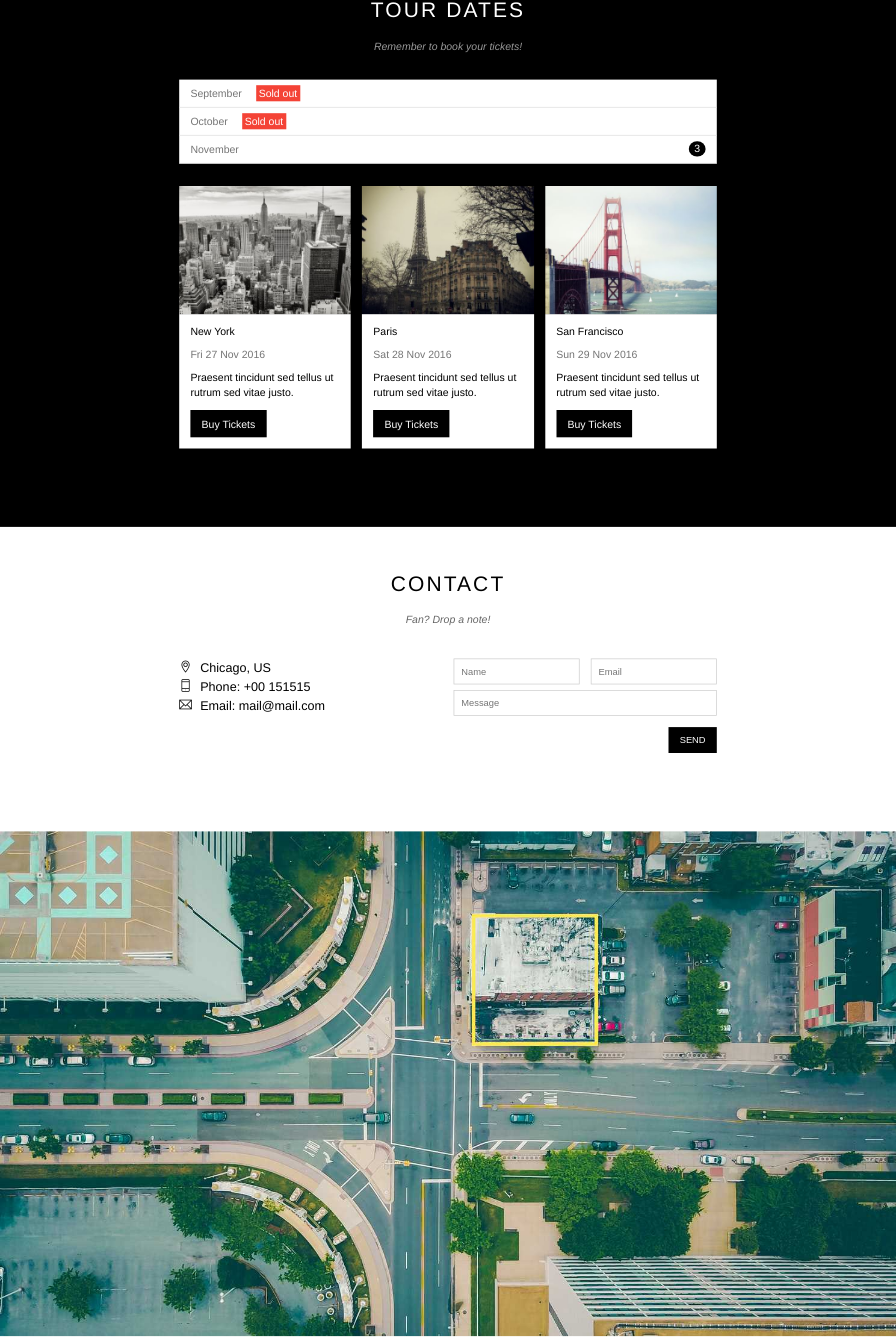
Repository: qhoa25623/The-Band
Page: index.html
An editor plug-in stored every save of this project. The page is shown before and after the next save, followed by the edit.
The browser window is 1280 px wide. The pictures show the part of the page from y = 1414 to 3334 px (the page is 3516 px tall before and 3500 px after), at 70% of full size.

Above is the page before, as saved 2022-05-06 23:26:36.

### index.html
<!DOCTYPE html>
<html lang="en">
  <head>
    <meta charset="UTF-8" />
    <meta http-equiv="X-UA-Compatible" content="IE=edge" />
    <meta name="viewport" content="width=device-width, initial-scale=1.0" />
    <title>The Band</title>
    <link rel="stylesheet" href="./assets/css/styles.css" />
    <link rel="stylesheet" href="./assets/css/responsive.css" />
    <link
      rel="stylesheet"
      href="./assets/fonts/themify-icons/themify-icons.css"
    />
  </head>
  <body>
    <div id="main">
      <div id="header">
        <ul id="nav">
          <li><a href="#">Home</a></li>
          <li><a href="#band">Band</a></li>
          <li><a href="#tour">Tour</a></li>
          <li><a href="#contact">Contact</a></li>
          <li>
            <a href="#">
              More
              <i class="nav-arrow-down ti-angle-down"></i>
            </a>
            <ul class="subnav">
              <li><a href="#">Merchandise</a></li>
              <li><a href="#">Extras</a></li>
              <li><a href="#">Media</a></li>
            </ul>
          </li>
        </ul>
        <div class="search-btn">
          <i class="search-icon ti-search"></i>
        </div>

        <div id="mobile-menu" class="mobile-menu-btn">
          <i class="menu-icon ti-menu"></i>
        </div>
      </div>
      <div id="slider">
        <div class="text-content">
          <h2 class="text-heading">Chicago</h2>
          <div class="text-description">
            Thank you, Chicago - A night we won't forget
          </div>
        </div>
      </div>
      <div id="content">
        <!-- About section-->
        <div id="band" class="content-section">
          <h2 class="section-heading">THE BAND</h2>
          <p class="section-sub-heading">We love music</p>
          <p class="about-text">
            We have created a fictional band website. Lorem ipsum dolor sit
            amet, consectetur adipiscing elit, sed do eiusmod tempor incididunt
            ut labore et dolore magna aliqua. Ut enim ad minim veniam, quis
            nostrud exercitation ullamco laboris nisi ut aliquip ex ea commodo
            consequat. Duis aute irure dolor in reprehenderit in voluptate velit
            esse cillum dolore eu fugiat nulla pariatur. Excepteur sint occaecat
            cupidatat non proident, sunt in culpa qui officia deserunt mollit
            anim id est laborum consectetur adipiscing elit, sed do eiusmod
            tempor incididunt ut labore et dolore magna aliqua. Ut enim ad minim
            veniam, quis nostrud exercitation ullamco laboris nisi ut aliquip ex
            ea commodo consequat.
          </p>
          <div class="row member-list">
            <div class="member-item col col-third text-center">
              <p class="member-name">Name</p>
              <img
                src="./assets/img/band/member1.jpg"
                alt="Name"
                class="member-img"
              />
            </div>
            <div class="member-item col col-third text-center">
              <p class="member-name">Name</p>
              <img
                src="./assets/img/band/member1.jpg"
                alt="Name"
                class="member-img"
              />
            </div>
            <div class="member-item col col-third text-center">
              <p class="member-name">Name</p>
              <img
                src="./assets/img/band/member1.jpg"
                alt="Name"
                class="member-img"
              />
            </div>
          </div>
        </div>

        <!-- Tour section-->
        <div id="tour" class="tour-section">
          <div class="content-section">
            <h2 class="section-heading text-white">TOUR DATES</h2>
            <p class="section-sub-heading text-white">
              Remember to book your tickets!
            </p>
            <ul class="tickets-list">
              <li>September <span class="sold-out">Sold out</span></li>
              <li>October <span class="sold-out">Sold out</span></li>
              <li>November <span class="quantity">3</span></li>
            </ul>
            <!-- Places-->
            <div class="row places-list">
              <div class="col col-third">
                <img
                  src="./assets/img/places/place1.jpg"
                  alt="New York"
                  class="place-img"
                />
                <div class="place-body">
                  <h3 class="place-heading">New York</h3>
                  <p class="place-time">Fri 27 Nov 2016</p>
                  <p class="place-desc">
                    Praesent tincidunt sed tellus ut rutrum sed vitae justo.
                  </p>
                  <a href="#" class="btn">Buy Tickets</a>
                </div>
              </div>

              <div class="col col-third">
                <img
                  src="./assets/img/places/place2.jpg"
                  alt="New York"
                  class="place-img"
                />
                <div class="place-body">
                  <h3 class="place-heading">Paris</h3>
                  <p class="place-time">Sat 28 Nov 2016</p>
                  <p class="place-desc">
                    Praesent tincidunt sed tellus ut rutrum sed vitae justo.
                  </p>
                  <a href="#" class="btn">Buy Tickets</a>
                </div>
              </div>

              <div class="col col-third">
                <img
                  src="./assets/img/places/place3.jpg"
                  alt="New York"
                  class="place-img"
                />
                <div class="place-body">
                  <h3 class="place-heading">San Francisco</h3>
                  <p class="place-time">Sun 29 Nov 2016</p>
                  <p class="place-desc">
                    Praesent tincidunt sed tellus ut rutrum sed vitae justo.
                  </p>
                  <a href="#" class="btn">Buy Tickets</a>
                </div>
              </div>
            </div>
          </div>
        </div>

        <!-- Begin: Contact section-->
        <div id="contact" class="content-section">
          <h2 class="section-heading">CONTACT</h2>
          <p class="section-sub-heading">Fan? Drop a note!</p>
          <div class="row contact-content">
            <div class="col col-half contact-info">
              <p><i class="ti-location-pin"></i>Chicago, US</p>
              <p><i class="ti-mobile"></i>Phone: +00 151515</p>
              <p><i class="ti-email"></i>Email: mail@mail.com</p>
            </div>
            <div class="col col-half contact-form">
              <form action="">
                <div class="row">
                  <div class="col col-half">
                    <input
                      type="text"
                      name=""
                      placeholder="Name"
                      required
                      id=""
                      class="form-control"
                    />
                  </div>
                  <div class="col col-half">
                    <input
                      type="email"
                      name=""
                      placeholder="Email"
                      required
                      id=""
                      class="form-control"
                    />
                  </div>
                </div>
                <div class="row mt-8">
                  <div class="col col-full">
                    <input
                      type="text"
                      name=""
                      placeholder="Message"
                      required
                      id=""
                      class="form-control"
                    />
                  </div>
                </div>
                <input
                  class="btn pull-right mt-16"
                  type="submit"
                  value="SEND"
                />
              </form>
            </div>
          </div>
        </div>
        <!-- End: Contact section-->
        <div class="map-section">
          <img src="./assets/img/map.jpg" alt="Map" />
        </div>
      </div>
      <div id="footer">
        <div class="socials-list">
          <a href=""><i class="ti-facebook"></i></a>
          <a href=""><i class="ti-instagram"></i></a>
          <a href=""><i class="ti-youtube"></i></a>
          <a href=""><i class="ti-pinterest"></i></a>
          <a href=""><i class="ti-twitter"></i></a>
          <a href=""><i class="ti-linkedin"></i></a>
        </div>
        <p class="copyright">Powered by <a href="">w3.css</a></p>
      </div>
    </div>
    <div class="modal">
      <div class="modal-container">
        <div class="modal-close">
          <i class="ti-close"></i>
        </div>
        <header class="modal-header">
          <i class="modal-heading-icon ti-bag"></i>
          Tickets
        </header>
        <div class="modal-body">
          <label for="ticket-quantity" class="modal-label">
            <i class="ti-shopping-cart"></i>
            Tickets, $15 per person
          </label>
          <input
            id="ticket-quantity"
            type="text"
            class="modal-input"
            placeholder="How many?"
          />

          <label for="ticket-email" class="modal-label">
            <i class="ti-user"> </i>
            Send to
          </label>
          <input id="ticket-emailtype="text" class="modal-input"
          placeholder="Enter email" />

          <button id="buy-tickets">
            Pay
            <i class="ti-check"></i>
          </button>
        </div>
        <footer class="modal-footer">
          <p class="modal-help">Need <a href="">help?</a></p>
        </footer>
      </div>
    </div>
    <script>
      var header = document.getElementById("header");
      var mobileMenu = document.getElementById("mobile-menu");
      var headerHeight = header.clientHeight;

      // Đóng mở Mobile menu
      mobileMenu.onclick = function () {
        var isClosed = header.clientHeight === headerHeight;
        if (isClosed) {
          header.style.height = "auto";
        } else {
          header.style.height = null;
        }
      };

      // Tự động đóng khi chọn Menu
      var menuItems = document.querySelectorAll('#nav li a[href*="#"]');
      for (var i = 0; i < menuItems.length; i++) {
        var menuItem = menuItems[i];

        menuItem.onclick = function (event) {
          var isParentMenu =
            this.nextElementSibling &&
            this.nextElementSibling.classList.contains("subnav");
          if (isParentMenu) {
            event.preventDefault();
          } else {
            header.style.height = null;
          }
        };
      }
    </script>
  </body>
</html>

### assets/css/styles.css
/* Reset CSS */
* {
  padding: 0;
  margin: 0;
  box-sizing: border-box;
}
html {
  scroll-behavior: smooth;
  font-family: Helvetica, Arial, sans-serif;
}
.clear {
  clear: both;
}
.text-white {
  color: #fff !important;
}
.text-center {
  text-align: center !important;
}
.pull-right {
  float: right;
}
.btn {
  color: #fff;
  background-color: #000;
  text-decoration: none;
  display: inline-block;
  margin-top: 15px;
  padding: 11px 16px;
  border: none;
}
.btn:hover {
  cursor: pointer;
  color: #000;
  background-color: #ccc;
}
.mt-8 {
  margin-top: 8px !important;
}
.mt-16 {
  margin-top: 16px !important;
}
.row {
  margin-left: -8px;
  margin-right: -8px;
}
.row::after {
  content: "";
  display: block;
  clear: both;
}
.col {
  padding-left: 8px;
  padding-right: 8px;
  float: left;
}
.col-full {
  width: 100%;
}
.col-half {
  width: 50%;
}
.col-third {
  width: calc(100% / 3);
}
#main {
}
#header {
  position: fixed;
  top: 0;
  left: 0;
  right: 0;
  height: 46.5px;
  background-color: #000;
  z-index: 1;
  overflow: hidden;
}
#nav {
  display: inline-block;
}
#nav,
.subnav {
  list-style-type: none;
}
#nav > li {
  display: inline-block;
}
#nav li {
  position: relative;
}
#nav > li > a {
  color: #fff;
  text-transform: uppercase;
}
#nav li a {
  text-decoration: none;
  line-height: 46.5px;
  padding: 0 24px;
  display: block;
}
#nav li:hover .subnav {
  display: block;
}
#nav > li:hover > a,
#nav .subnav li:hover a {
  color: #000;
  background-color: #ccc;
}
#nav .subnav {
  min-width: 160px;
  top: 100%;
  left: 0;
  display: none;
  position: absolute;
  background-color: #fff;
  box-shadow: 0 0 10px rgba(0, 0, 0, 0.3);
}
#nav .subnav a {
  color: #000;
  padding: 0 16px;
  line-height: 38.5px;
}
#nav .nav-arrow-down {
  font-size: 14px;
}
#header .mobile-menu-btn{
  position:absolute;
  top: 0;
  right: 0;
  display:none;
}
#header .mobile-menu-btn,
#header .search-btn {
  float: right;
  padding: 0 21px;
}
#header .search-btn:hover {
  cursor: pointer;
  background-color: #f44336;
}
#header .mobile-menu-btn:hover {
  background-color: #ccc;
}
#header .mobile-menu-btn:hover .menu-icon {
  color: #000;
}
#header .menu-icon,
#header .search-icon {
  color: #fff;
  font-size: 20px;
  line-height: 46.5px;
}
#slider {
  position: relative;
  margin-top: 46.5px;
  padding-top: 50%;
  background: url("/assets/img/slider/slider1.jpg") top center / cover no-repeat;
}
#slider .text-content {
  position: absolute;
  bottom: 47px;
  color: #fff;
  left: 50%;
  transform: translateX(-50%);
  text-align: center;
}
#slider .text-heading {
  font-weight: 500;
  font-size: 24px;
}
#slider .text-description {
  font-size: 15px;
  margin-top: 25px;
}
#content {
}
#content .content-section {
  width: 800px;
  max-width: 100%;
  padding: 64px 0 112px;
  margin-left: auto;
  margin-right: auto;
  padding-left: 16px;
  padding-right: 16px;
}
#content .section-heading {
  font-weight: 500;
  text-align: center;
  font-size: 30px;
  letter-spacing: 3px;
}
#content .section-sub-heading {
  text-align: center;
  font-size: 15px;
  margin-top: 25px;
  font-style: italic;
  opacity: 0.6;
}
#content .about-text {
  font-size: 15px;
  margin-top: 25px;
  text-align: justify;
  line-height: 1.4;
}
#content .member-list {
  margin-top: 47px;
}
#content .member-name {
  font-size: 15px;
}
#content .member-img {
  margin-top: 15px;
  width: 154px;
  border-radius: 4px;
}

.tour-section {
  background: #000;
}
.tickets-list {
  background-color: #fff;
  list-style: none;
  margin-top: 40px;
}
.tickets-list li {
  color: rgb(117, 117, 117);
  font-size: 15px;
  padding: 11px 16px;
  border-bottom: 1px solid rgb(221, 221, 221);
}
.tickets-list .sold-out {
  color: #ffffff;
  background-color: #f44336;
  padding: 3px 4px;
  margin: 0 0 0 16px;
}
.tickets-list .quantity {
  float: right;
  width: 24px;
  height: 22.5px;
  background-color: #000;
  border-radius: 50%;
  text-align: center;
  color: #fff;
  line-height: 22.5px;
  margin-top: -3px;
}
.places-list {
  margin-top: 32px;
}
.place-img {
  width: 100%;
  display: block;
}
.place-img:hover {
  opacity: 0.6;
}
.place-body {
  background-color: #fff;
  padding: 16px 16px;
  font-size: 15px;
}
.place-heading {
  font-size: 15px;
  font-weight: 550;
}
.place-time {
  margin-top: 15px;
  color: #757575;
}
.place-desc {
  margin-top: 15px;
  line-height: 1.4;
}

.modal {
  position: fixed;
  top: 0;
  right: 0;
  left: 0;
  bottom: 0;
  background: rgba(0, 0, 0, 0.4);
  display: none;
  align-items: center;
  justify-content: center;
}
.modal-container {
  background: #fff;
  width: 900px;
  min-height: 200px;
  position: relative;
  max-width: calc(100%-32px);
}

.modal-header {
  background: #009688;
  height: 130px;
  display: flex;
  align-items: center;
  justify-content: center;
  font-size: 30px;
  color: #fff;
}
.modal-heading-icon {
  margin-right: 16px;
}
.modal-close {
  position: absolute;
  right: 0;
  top: 0;
  color: #fff;
  padding: 16px;
  cursor: pointer;
}
.modal-close:hover {
  color: #000;
  background-color: #ccc;
}
.modal-body {
  padding: 16px;
}
.modal-label {
  display: block;
  margin-bottom: 15px;
}
.modal-input {
  border: 1px solid #ccc;
  width: 100%;
  font-size: 15px;
  padding: 10px;
  margin-bottom: 15px;
}
#buy-tickets {
  background-color: #009688;
  border: none;
  font-size: 15px;
  color: #fff;
  width: 100%;
  text-transform: uppercase;
  padding: 18px;
  cursor: pointer;
}
#buy-tickets:hover {
  color: #000;
  background-color: #ccc;
}
.contact-content {
  margin-top: 48px;
}
.contact-info {
  font-size: 18px;
  line-height: 1.5;
}
.contact-info i[class*="ti-"] {
  display: inline-block;
  width: 30px;
}
.contact-form {
  font-size: 15px;
}
.contact-form .form-control {
  padding: 10px;
  border: 1px solid #ccc;
  width: 100%;
  outline: none;
}
.map-section img {
  width: 100%;
}
.modal-footer {
  padding: 16px;
  text-align: right;
}
.modal-footer a {
  color: #2196f3;
}
#footer {
  padding: 64px 16px;
  text-align: center;
}
#footer .socials-list {
  font-size: 24px;
}
#footer .socials-list a {
  color: rgba(0, 0, 0, 0.6);
  text-decoration: none;
}
#footer .copyright a:hover,
#footer .socials-list a:hover {
  color: rgba(0, 0, 0, 0.4);
}
#footer .copyright {
  margin-top: 15px;
  color: rgba(0, 0, 0, 0.6);
}
#footer .copyright a {
  color: rgba(0, 0, 0, 0.6);
}

### assets/css/responsive.css
/* PC */
@media (min-width: 1024px) {
}

/* Tablet */
@media (min-width: 740px) and (max-width: 1023px) {
}
/* Mobile */
@media (max-width: 739px) {
  #header {
    overflow: hidden;
  }
  #header .mobile-menu-btn {
    display: block;
  }
  #header .search-btn {
    display: none;
  }
  #nav {
    display: block;
  }
  #nav li a {
    padding: 1px 24px;
  }
  #nav > li {
    display: block;
  }
  #nav > li:first-child {
    display: inline-block;
  }
  #nav .subnav {
    position: initial;
    background-color: #333;
  }
  #nav .subnav a {
    color: #fff;
    padding: 5px 41px;
  }
  #content .member-item{
    margin-top:30px;
    width:100%;
  }
  #content .member-img{
    width:60%;
  }
}

Loaded but not shown: assets/fonts/themify-icons/themify-icons.css (common file)

After the next save:
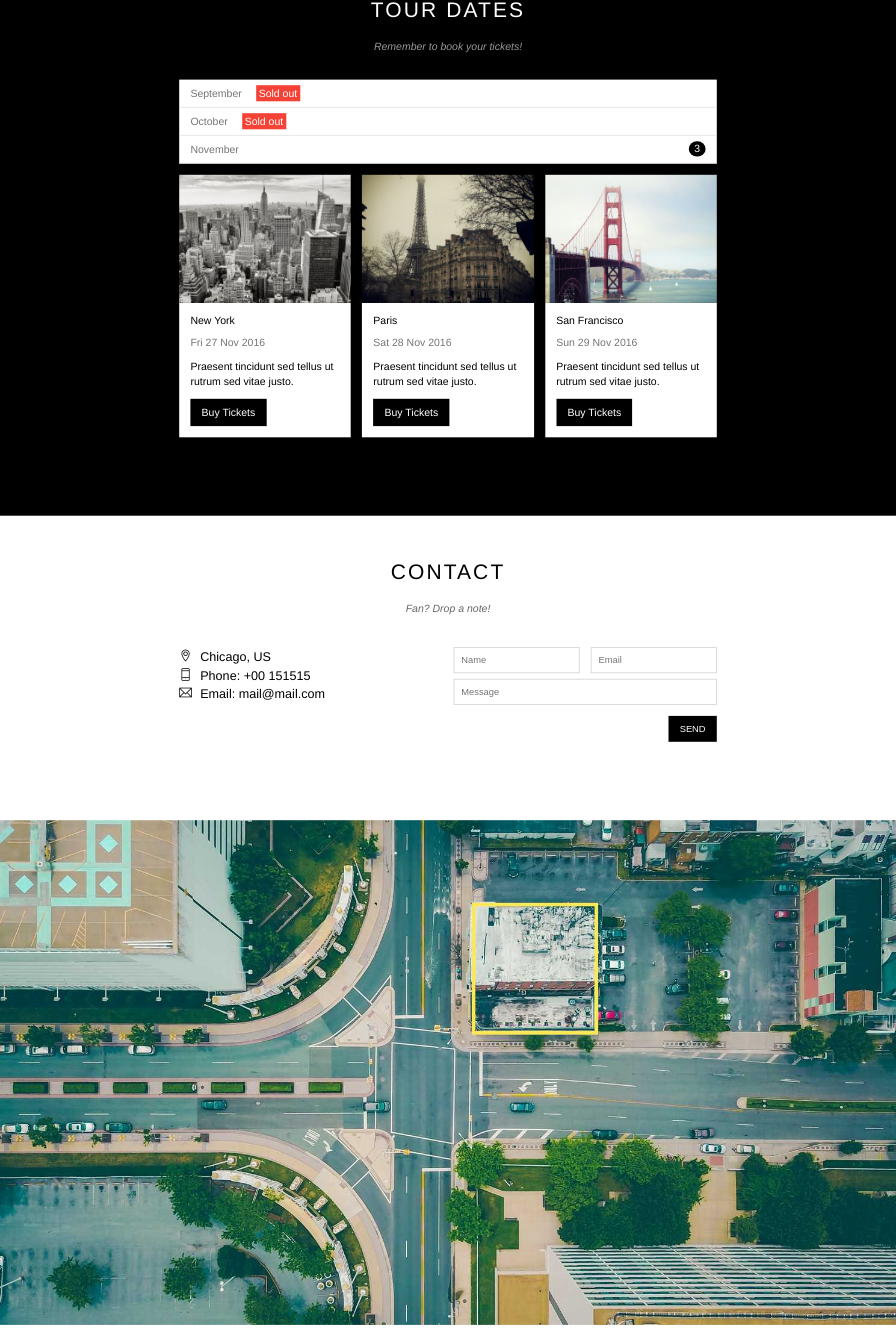
Saved 5 min 38 s later.
--- a/assets/css/styles.css
+++ b/assets/css/styles.css
@@ -246,7 +246,7 @@ html {
   margin-top: -3px;
 }
 .places-list {
-  margin-top: 32px;
+  margin-top: 16px;
 }
 .place-img {
   width: 100%;
